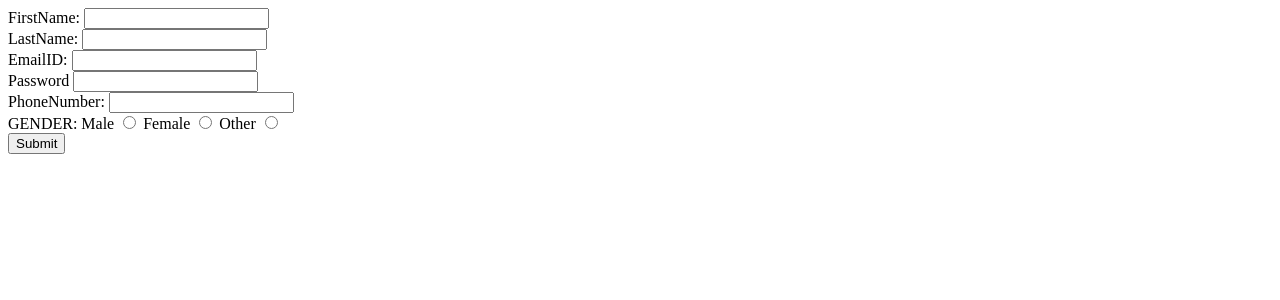
Repository: Tharungandhi/ServeltProject
Page: LginRegistrationApp/WebContent/index.html
An editor plug-in stored every save of this project. The page is shown before and after the next save, followed by the edit.
The browser window is 1280 px wide. The pictures show the whole page.

Above is the page before, as saved 2019-01-22 07:09:35.

After the next save:
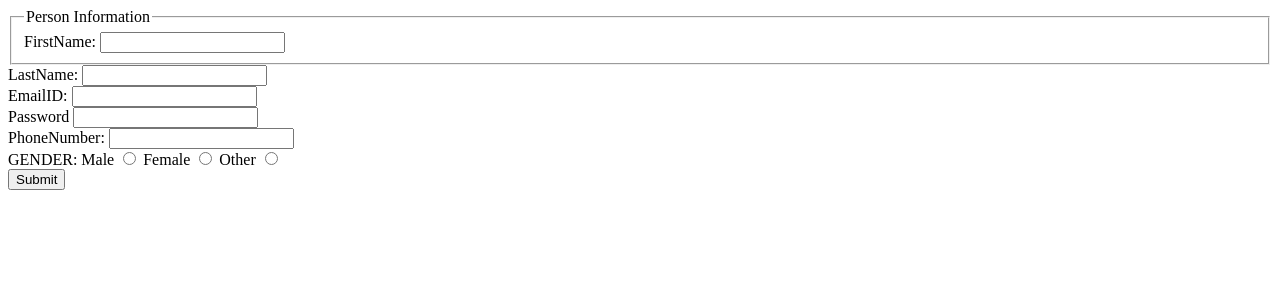
Saved 31 min 56 s later.
--- a/LginRegistrationApp/WebContent/index.html
+++ b/LginRegistrationApp/WebContent/index.html
@@ -7,6 +7,8 @@
 <body>
 <form action="login" method="post">
 <div>
+<fieldset>
+<legend>Person Information</legend>
 <label>FirstName:</label>
 <input type="text" name="firstname" value="" required/> </div>
 <div>
@@ -32,6 +34,7 @@
 <input type="radio" name="gender" value="other" required/>
 </div>
 <input type="submit" name="submit"/>
+</fieldset>
 </form>
 </body>
 </html>
